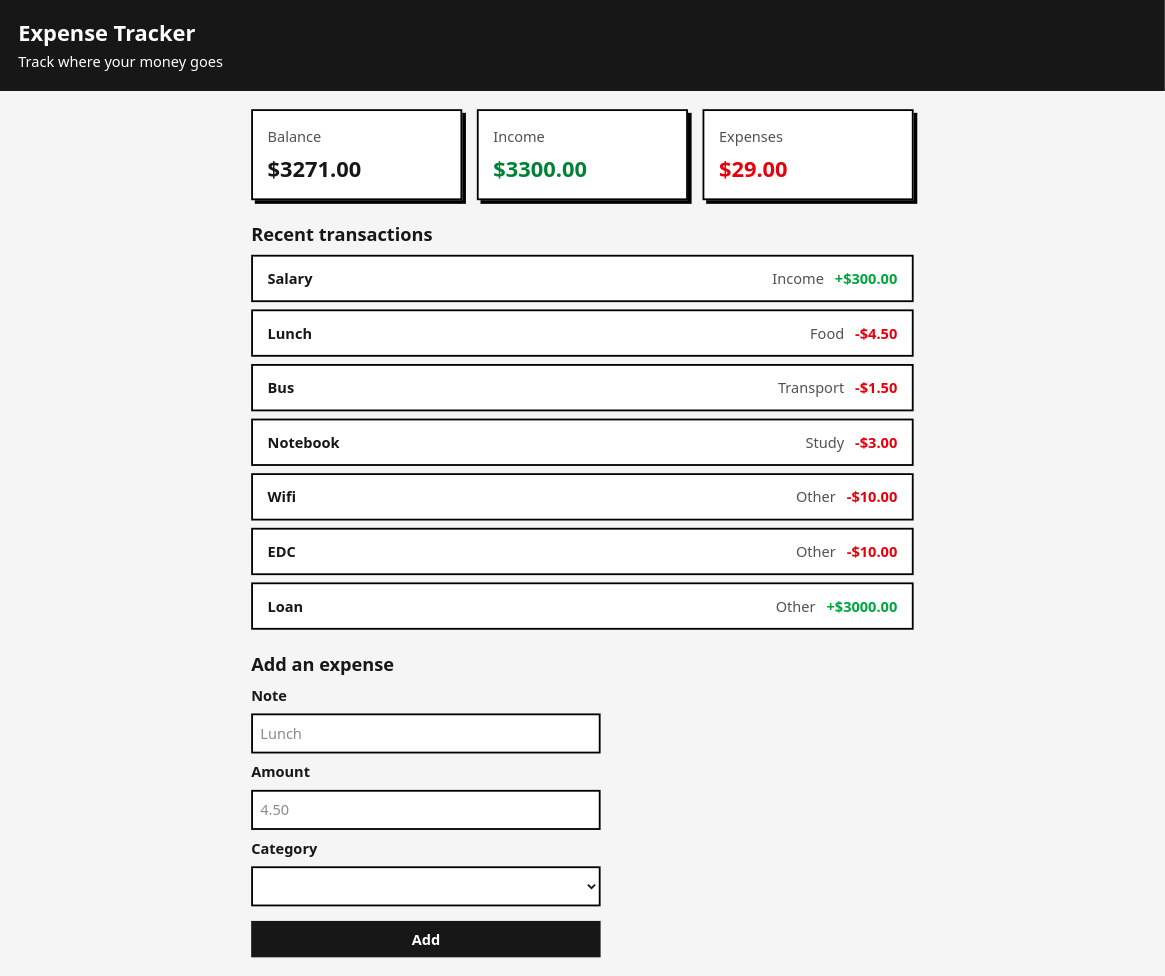
Repository: Keanbunheng/html-basics-Day1_AI
Page: expense-tracker-w2-d4-start/index.html
The author's editor kept a copy of each file at every save. The page is drawn from the files as they stood at one save, then again after the next save.
The browser window is 1280 px wide. The pictures show the whole page, at 91% of full size.
Empty fields were first filled with sample values (such as "Sample", 5 or name@example.com).
After loading, the first visible `#input` was clicked once.

Above is the page before, as saved 2026-11-17 21:34:15.

### expense-tracker-w2-d4-start/index.html
<!doctype html>
<html lang="en">
  <head>
    <meta charset="UTF-8" />
    <meta name="viewport" content="width=device-width, initial-scale=1.0" />
    <title>Expense Tracker</title>
    <script src="https://cdn.jsdelivr.net/npm/@tailwindcss/browser@4.1.18"></script>
  </head>
  <body class="bg-neutral-100 text-neutral-900">
    <header class="bg-neutral-900 p-5 text-white">
      <h1 class="mb-1 text-2xl font-bold">Expense Tracker</h1>
      <p>Track where your money goes</p>
    </header>

    <main class="mx-auto max-w-3xl p-5">
      <section class="mb-6 flex flex-col gap-4 sm:flex-row">
        <div
          class="flex-1 border-2 border-black bg-white p-4 shadow-[4px_4px_0_#000]"
        >
          <p class="mb-2 text-neutral-600">Balance</p>
          <p class="text-2xl font-bold" id="total-money">$291.00</p>
        </div>
        <div
          class="flex-1 border-2 border-black bg-white p-4 shadow-[4px_4px_0_#000]"
        >
          <p class="mb-2 text-neutral-600">Income</p>
          <p class="text-2xl font-bold text-green-700" id="income-money">
            $300.00
          </p>
        </div>
        <div
          class="flex-1 border-2 border-black bg-white p-4 shadow-[4px_4px_0_#000]"
        >
          <p class="mb-2 text-neutral-600">Expenses</p>
          <p class="text-2xl font-bold text-red-600" id="expense-money">
            $9.00
          </p>
        </div>
      </section>

      <section class="mb-6">
        <h2 class="mb-2 text-xl font-bold">Recent transactions</h2>
        <ul id="list-container">
          <li
            class="mb-2 flex flex-col gap-1 border-2 border-black bg-white px-4 py-3 sm:flex-row sm:justify-between sm:gap-3"
          >
            <span class="flex-1 font-semibold">Salary</span>
            <span class="text-neutral-600">Income</span>
            <span class="font-bold text-green-700">+$300.00</span>
          </li>
          <li
            class="mb-2 flex flex-col gap-1 border-2 border-black bg-white px-4 py-3 sm:flex-row sm:justify-between sm:gap-3"
          >
            <span class="flex-1 font-semibold">Lunch</span>
            <span class="text-neutral-600">Food</span>
            <span class="font-bold text-red-600">-$4.50</span>
          </li>
          <li
            class="mb-2 flex flex-col gap-1 border-2 border-black bg-white px-4 py-3 sm:flex-row sm:justify-between sm:gap-3"
          >
            <span class="flex-1 font-semibold">Bus</span>
            <span class="text-neutral-600">Transport</span>
            <span class="font-bold text-red-600">-$1.50</span>
          </li>
          <li
            class="mb-2 flex flex-col gap-1 border-2 border-black bg-white px-4 py-3 sm:flex-row sm:justify-between sm:gap-3"
          >
            <span class="flex-1 font-semibold">Notebook</span>
            <span class="text-neutral-600">Study</span>
            <span class="font-bold text-red-600">-$3.00</span>
          </li>
        </ul>
      </section>

      <section>
        <h2 class="mb-2 text-xl font-bold">Add an expense</h2>
        <form class="flex max-w-sm flex-col gap-2" id="input">
          <label for="note" class="font-semibold">Note</label>
          <input
            id="note"
            type="text"
            placeholder="Lunch"
            class="border-2 border-black bg-white p-2"
          />

          <label for="amount" class="font-semibold">Amount</label>
          <input
            id="amount"
            type="number"
            step="0.01"
            placeholder="4.50"
            class="border-2 border-black bg-white p-2"
          />

          <label for="category" class="font-semibold">Category</label>
          <select id="category" class="border-2 border-black bg-white p-2">
            <option>Food</option>
            <option>Transport</option>
            <option>Study</option>
            <option>Other</option>
          </select>

          <button
            type="submit"
            class="mt-2 bg-neutral-900 p-2 font-semibold text-white"
            id="Button"
          >
            Add
          </button>
        </form>
      </section>
    </main>
    <script src="app.js"></script>
  </body>
</html>

### expense-tracker-w2-d4-start/app.js
const transactions = [
  {
    id: 1,
    note: 'Salary',
    category: 'Income',
    type: 'income',
    amountCents: 30000,
  },
  { id: 2, note: 'Lunch', category: 'Food', type: 'expense', amountCents: 450 },
  {
    id: 3,
    note: 'Bus',
    category: 'Transport',
    type: 'expense',
    amountCents: 150,
  },
  {
    id: 4,
    note: 'Notebook',
    category: 'Study',
    type: 'expense',
    amountCents: 300,
  },
];

function formatMoney(cents) {
  const sign = cents < 0 ? '-' : '';
  return sign + '$' + (Math.abs(cents) / 100).toFixed(2);
}

function totalCents(list) {
  return list.reduce((sum, tx) => sum + tx.amountCents, 0);
}

function filterByCategory(list, category) {
  return list.filter((tx) => tx.category === category);
}

function filterByType(list, type) {
  return list.filter((tx) => tx.type === type);
}

function summarize(list) {
  const incomeCents = totalCents(filterByType(list, 'income'));
  const expensesCents = totalCents(filterByType(list, 'expense'));
  return {
    incomeCents: incomeCents,
    expensesCents: expensesCents,
    balanceCents: incomeCents - expensesCents,
  };
}

function addTransaction(list, tx) {
  return [...list, tx];
}

// Practice 2 — the AI's totalExpenses, reviewed and fixed:
// whole cents, no off-by-one loop, no duplicated work.
function totalExpenses(list) {
  return totalCents(filterByType(list, 'expense'));
}

const notes = transactions.map((tx) => tx.note);

console.log(formatMoney(transactions[1].amountCents));

// ----- Checks -----
function check(name, actual, expected) {
  const ok = actual === expected;
  console.log(
    ok ? '✓' : '✗',
    name,
    ok ? '' : `(expected ${expected}, got ${actual})`,
  );
}

check('format 450', formatMoney(450), '$4.50');
check('total of all', totalCents(transactions), 30900);
check('Food count', filterByCategory(transactions, 'Food').length, 1);
check('expense count', filterByType(transactions, 'expense').length, 3);
check('balance', summarize(transactions).balanceCents, 29100);
check(
  'new length',
  addTransaction(transactions, {
    id: 5,
    note: 'Coffee',
    category: 'Food',
    type: 'expense',
    amountCents: 250,
  }).length,
  5,
);
check('notes', notes.join(','), 'Salary,Lunch,Bus,Notebook');
check('total expenses', totalExpenses(transactions), 900);

// Edge cases
check('total of empty list', totalCents([]), 0);
check('total expenses of empty list', totalExpenses([]), 0);
check('original list not changed', transactions.length, 4); // after addTransaction

function ListShow() {
  const lists = document.querySelector('#list-container');
  lists.innerHTML = transactions
    .map((ele) => {
      let isExpense = true;
      if (ele.type != 'expense') {
        isExpense = false;
      }
      return `
  <li class="mb-2 flex flex-col gap-1 border-2 border-black bg-white px-4 py-3 sm:flex-row sm:justify-between sm:gap-3">
    <span class="flex-1 font-semibold">${ele.note}</span>
    <span class="text-neutral-600">${ele.category}</span>
    <span class="font-bold ${isExpense ? 'text-red-600' : 'text-green-600'}">${isExpense ? '-' : '+'}${formatMoney(ele.amountCents)}</span>
  </li>
`;
    })
    .join('');
}
function dashboardDetail() {
  const sum = summarize(transactions);
  const totalMoney = (document.getElementById('total-money').textContent =
    formatMoney(sum.balanceCents));
  const incomeMoney = (document.getElementById('income-money').innerHTML =
    formatMoney(sum.incomeCents));

  const expenseMoney = (document.getElementById('expense-money').innerHTML =
    formatMoney(sum.expensesCents));
}
transactions.push({
  id: 9,
  note: 'Wifi',
  category: 'Other',
  type: 'expense',
  amountCents: 1000,
});

transactions.push({
  id: 5,
  note: 'EDC',
  category: 'Other',
  type: 'expense',
  amountCents: 1000,
});

transactions.push({
  id: 6,
  note: 'Loan',
  category: 'Other',
  type: 'income',
  amountCents: 300000,
});

ListShow();
dashboardDetail();

const noteData = document.getElementById('note');
const amountData = document.getElementById('amount');
const categoryData = document.getElementById('category');
const expenseData = 'expense';

const getNewIdTransactions = (list) => {
  let newId;
  const existingIds = list.map((item) => item.id);

  do {
    newId = Math.floor(Math.random() * 1000000);
  } while (existingIds.includes(newId));

  return newId;
};

const input = document.getElementById('input');
input.addEventListener('click', (event) => {
  event.preventDefault();
  const newTransaction = {
    id: getNewIdTransactions(transactions),
    note: noteData.value,
    category: categoryData.value,
    type: expenseData,
    amountCents: amountData.value,
  };
  transactions.push(newTransaction);
  noteData.value = '';
  categoryData.value = '';
  amountData.value = '';
});

After the next save:
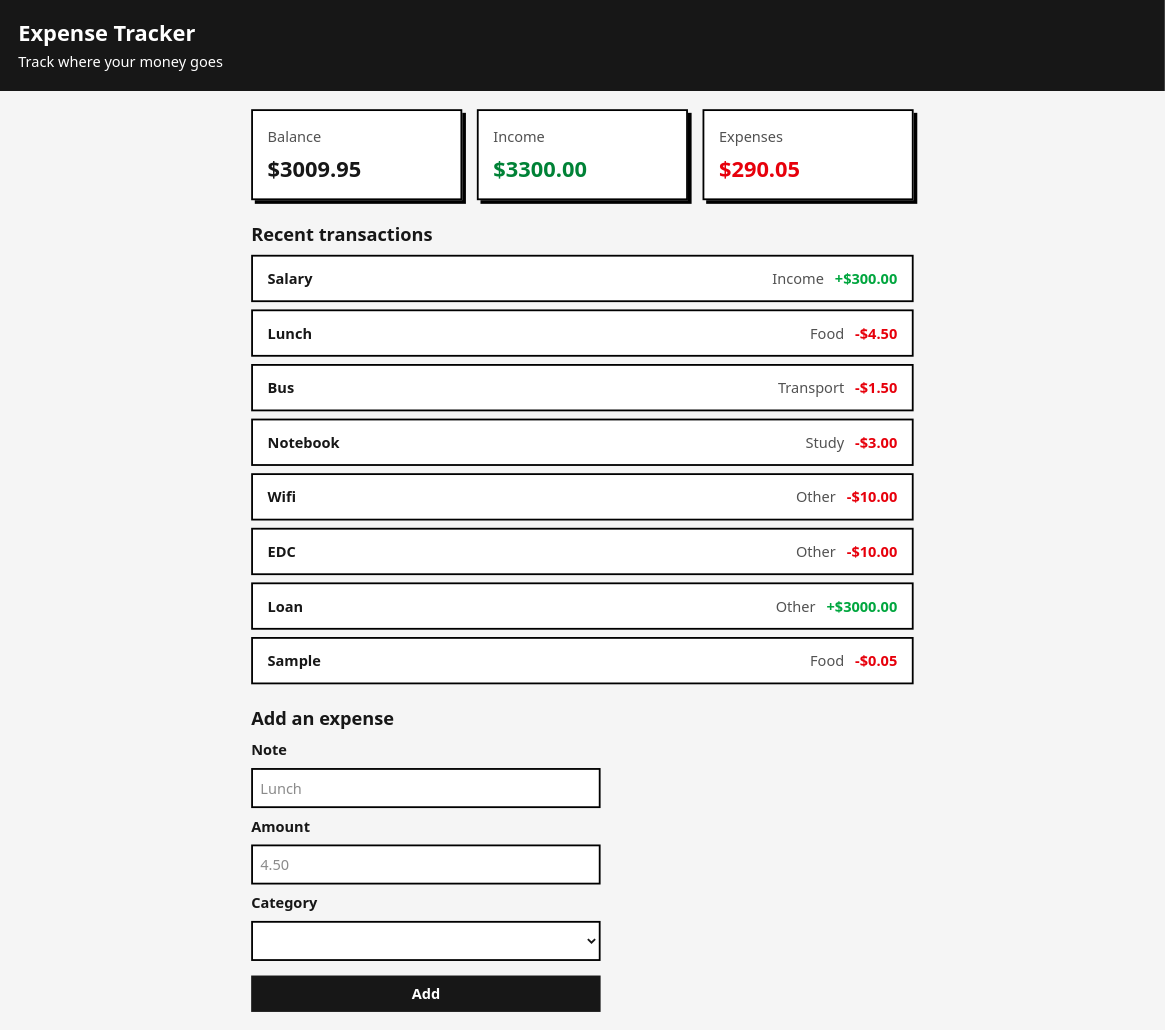
Saved 32 s later.
--- a/expense-tracker-w2-d4-start/app.js
+++ b/expense-tracker-w2-d4-start/app.js
@@ -183,4 +183,6 @@ input.addEventListener('click', (event) => {
   noteData.value = '';
   categoryData.value = '';
   amountData.value = '';
+  ListShow();
+  dashboardDetail();
 });
